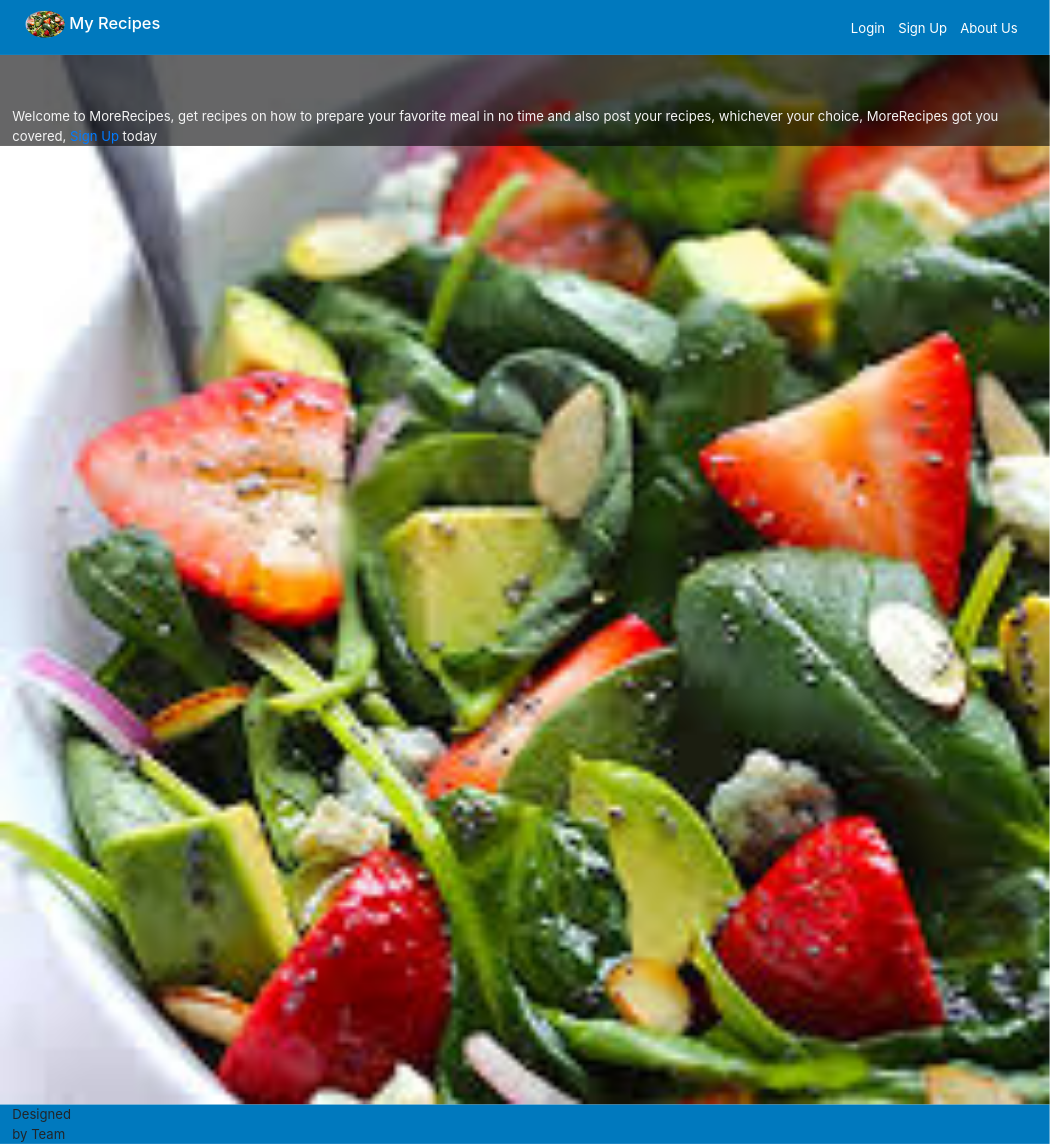
Repository: UggoPrince/more-recipes
Page: html/index.html
These files come from the project's save history. The page is drawn as it stood at one moment and after a run of saves; the edit follows.
The browser window is 1280 px wide. The pictures show the whole page, at 82% of full size.

Above is the page before, as saved 2018-07-30 06:57:10.

### html/index.html
<html lang="en">
<head>
  <meta charset="UTF-8">
  <meta name="viewport" content="width=device-width, initial-scale=1.0">
  <meta http-equiv="X-UA-Compatible" content="ie=edge">
  <link rel="stylesheet" href="https://maxcdn.bootstrapcdn.com/bootstrap/4.0.0/css/bootstrap.min.css" integrity="sha384-Gn5384xqQ1aoWXA+058RXPxPg6fy4IWvTNh0E263XmFcJlSAwiGgFAW/dAiS6JXm" crossorigin="anonymous"/>
  <style>
    main {
      background-color: rgba(0, 0, 3, 0.6);
      color: whitesmoke;
    }
    div#content {
      background-size: 100vw;
      background-repeat: no-repeat;
      background-image: url(../img/nav-image.jpg);
      background-size: cover;
      height: 100vw;
      background-repeat: no-repeat;
    }
    nav {
      background-color: #0079be;
      color: white;
    }
    .nav-link {
      color: white;
    }
  </style>
  <title>My Recipes Homepage</title>
</head>
<body>
  <nav class="xnav navbar navbar-expand-lg">
    <div class="container-fluid">
      <h3 style="color: white;" class="navbar-brand">
        <img class="rounded-circle" src="../img/nav-image.jpg" style="width: 48px;" alt="logo"/>
        My Recipes
      </h3>
      <button class="navbar-toggler" type="button" data-toggle="collapse" aria-controls="navDropdown" aria-expanded="false" aria-label="Toggle Navigation" data-target="#navDropdown" >
        <span class="navbar-toggler-icon"></span>
      </button>
      <div class="collapse navbar-collapse justify-content-end brand-anchor" id="navDropdown">
        <ul class="navbar-nav">
          <li class="nav-item">
            <a class="nav-link" href="login.html">Login</a>
          </li>
          <li class="nav-item">
            <a class="nav-link" href="signup.html">Sign Up</a>
          </li>
          <li class="nav-item">
            <a class="nav-link" href="about.html">About Us</a>
          </li>
        </ul>
      </div>
    </div>
  </nav>
  <div id="content">
    <main class="container-fluid">
      <div style="padding-top: 5%">
          Welcome to MoreRecipes, get recipes on how to prepare your favorite meal in no time and also post your recipes, whichever your choice, MoreRecipes got you covered, <a href="signup.html">Sign Up</a> today
      </div>

    </main>
  </div>
  <footer class="container-fluid" style="background-color: #0079be;">
    <div class="row">
      <div class="col-1">Designed by Team</div>
    </div>
  </footer>
</body>
</html>

After the next 2 saves:
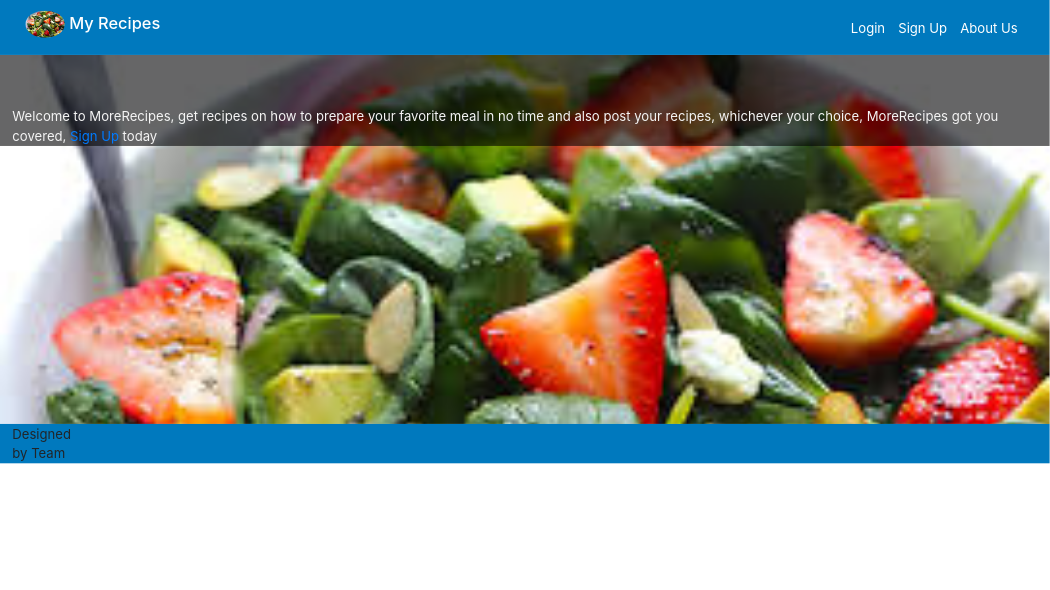
The 2 saves are shown as one change because they came seconds apart.
The last was saved 15 s later.
--- a/html/index.html
+++ b/html/index.html
@@ -14,7 +14,7 @@
       background-repeat: no-repeat;
       background-image: url(../img/nav-image.jpg);
       background-size: cover;
-      height: 100vw;
+      height: 450px;
       background-repeat: no-repeat;
     }
     nav {
